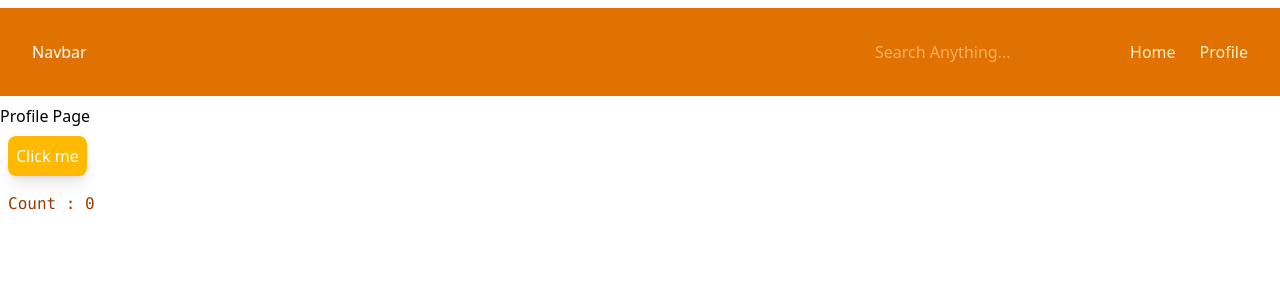
Repository: samit2059/CollegeReact
Page: / (app in react/collegereact/)
The author's editor kept a copy of each file at every save. The page is drawn from the files as they stood at one save, then again after a run of saves.
The browser window is 1280 px wide. The pictures show the whole page.
The project was rebuilt for these pictures with package versions that can differ from the ones it lists, and the page was loaded fresh each time. Also part of the build but not shown: react/collegereact/vite.config.js, react/collegereact/src/App.jsx, react/collegereact/src/navbar.jsx, react/collegereact/src/Props Example/First.jsx, react/collegereact/src/Props Example/Second.jsx.

Above is the page before, as saved 2026-01-21 10:50:38.

After the next 3 saves:
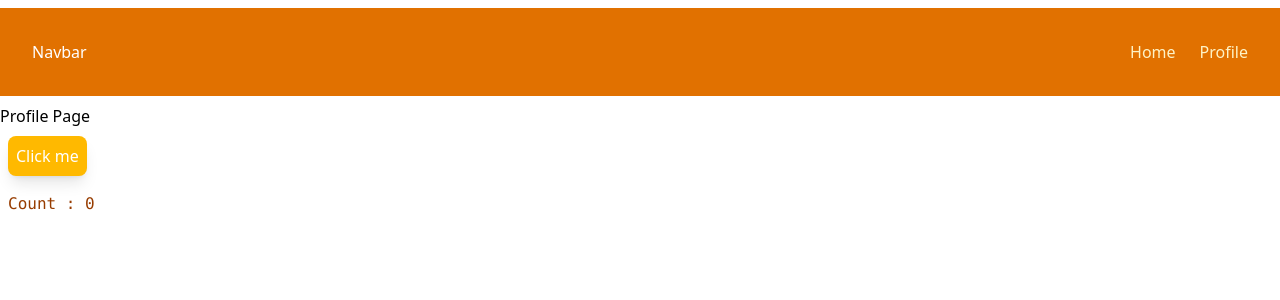
The 3 saves are shown as one change because they came seconds apart.
The last was saved 82 s later.
--- a/react/collegereact/src/nav1.jsx
+++ b/react/collegereact/src/nav1.jsx
@@ -37,7 +37,9 @@
     <div className=' !p-8 !my-2 flex bg-amber-600 text-amber-100 justify-between items-center'>
       <h1 className='navelement'>Navbar</h1>
       <div className='menus flex gap-6'>
-        <input placeholder='Search Anything...' onChange={handleChangeOnsearch} className=''/>
+        <div>
+
+        </div>
         <h4 onClick={(e) => {
           console.log("home clicked");
           console.log(e.target);

After the 2 saves that followed:
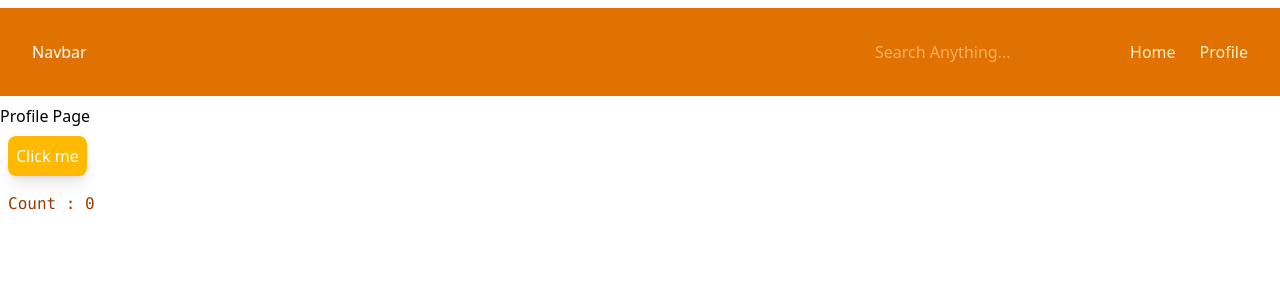
The 2 saves are shown as one change because 1 left the picture as it was.
The last was saved 19 s later.
--- a/react/collegereact/src/nav1.jsx
+++ b/react/collegereact/src/nav1.jsx
@@ -37,8 +37,8 @@
     <div className=' !p-8 !my-2 flex bg-amber-600 text-amber-100 justify-between items-center'>
       <h1 className='navelement'>Navbar</h1>
       <div className='menus flex gap-6'>
-        <div>
-
+        <div className=''>
+            <input placeholder='Search Anything...' onChange={handleChangeOnsearch} className=''/>
         </div>
         <h4 onClick={(e) => {
           console.log("home clicked");
